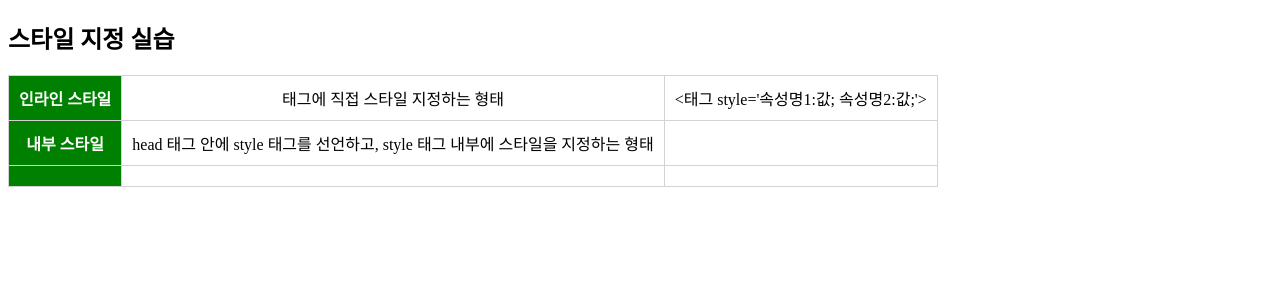
Repository: itkezi/HTML_2022_505
Page: Web/WebContent/style/index.html
An editor plug-in stored every save of this project. The page is shown before and after the next save, followed by the edit.
The browser window is 1280 px wide. The pictures show the whole page.

Above is the page before, as saved 2022-03-22 08:21:41.

### Web/WebContent/style/index.html
<!DOCTYPE html>
<html>
<head>
<meta charset="UTF-8">
<title>스타일 실습</title>
<link rel='stylesheet' href='../css/common.css'>
</head>
<body>
<h2>스타일 지정 실습</h2>
<table>
	<tr>
		<th>인라인 스타일</th>
		<td>태그에 직접 스타일 지정하는 형태</td>
		<td><태그 style='속성명1:값; 속성명2:값;'></td>
	</tr>
	<tr>
		<th>내부 스타일</th>
		<td>head 태그 안에 style 태그를 선언하고, style 태그 내부에 스타일을 지정하는 형태</td>
		<td><style>태그선택 {속성명1:값;, 속성명2:값; }</style></td>
	</tr>



	<tr>
		<th></th>
		<td></td>
		<td></td>
	</tr>

</table>

</body>
</html>

### Web/WebContent/css/common.css
@charset "UTF-8";
table { border-collapse: collapse; }
th, td { border: 1px solid lightgray; padding: 10px ; text-align: center; }
th {	background-color:green; color:white; }

After the next save:
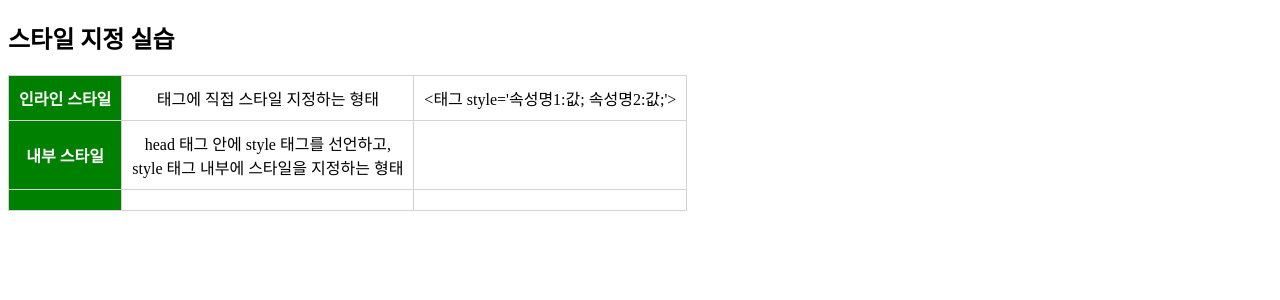
Saved 37 s later.
--- a/Web/WebContent/style/index.html
+++ b/Web/WebContent/style/index.html
@@ -15,7 +15,8 @@
 	</tr>
 	<tr>
 		<th>내부 스타일</th>
-		<td>head 태그 안에 style 태그를 선언하고, style 태그 내부에 스타일을 지정하는 형태</td>
+		<td>head 태그 안에 style 태그를 선언하고,<br>
+			style 태그 내부에 스타일을 지정하는 형태</td>
 		<td><style>태그선택 {속성명1:값;, 속성명2:값; }</style></td>
 	</tr>
 
